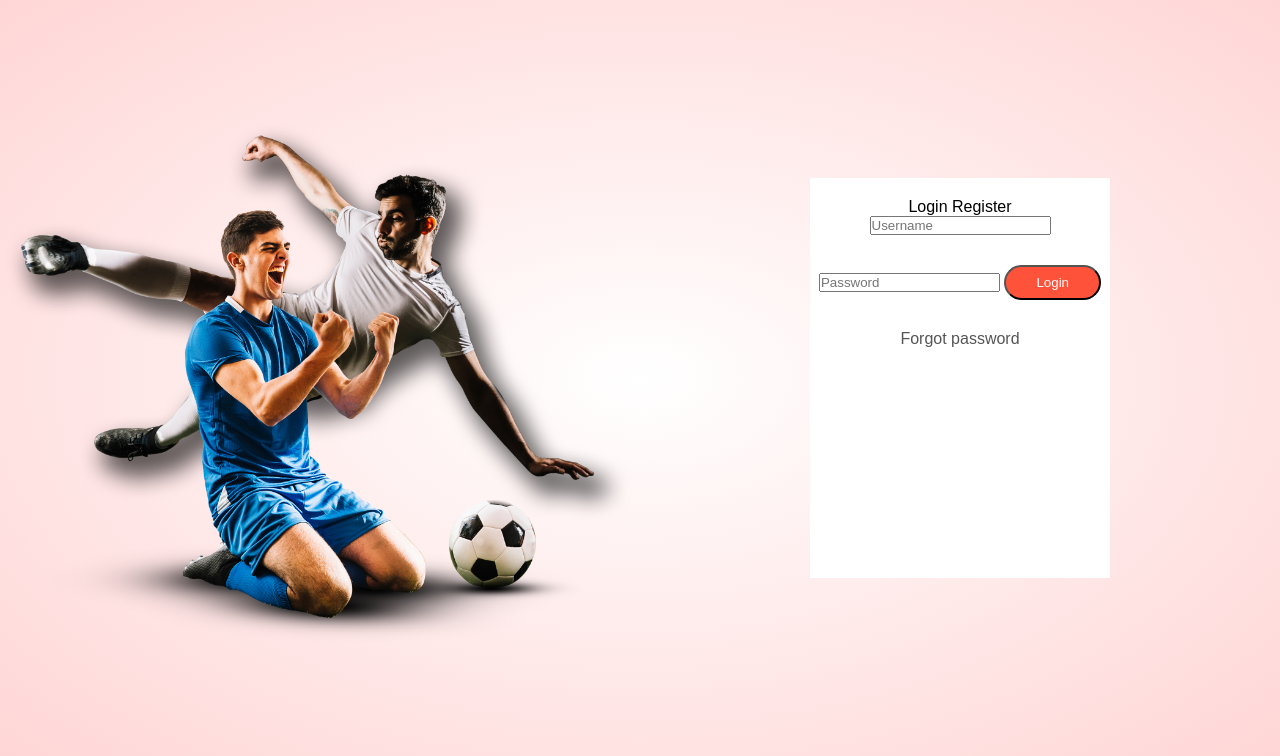
Repository: ritikalohia/tepid-frontend
Page: account.html
An editor plug-in stored every save of this project. The page is shown before and after the next save, followed by the edit.
The browser window is 1280 px wide. The pictures show the whole page.

Above is the page before, as saved 2021-06-09 12:24:47.

After the next save:
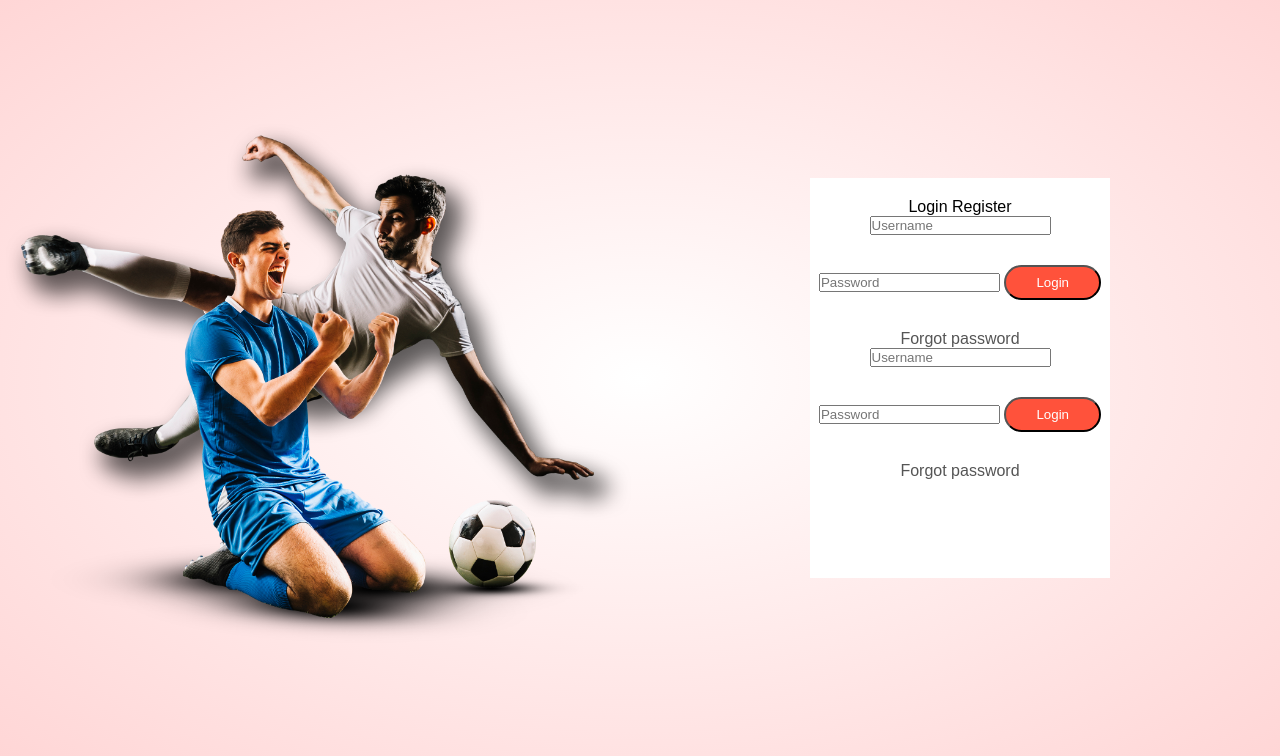
Saved 10 s later.
--- a/account.html
+++ b/account.html
@@ -26,6 +26,13 @@
                         <button type="submit" class="btn">Login</button>
                         <a href=""> Forgot password</a>
                     </form>
+
+                    <form>
+                        <input type="text" placeholder="Username">
+                        <input type="password" placeholder="Password">
+                        <button type="submit" class="btn">Login</button>
+                        <a href=""> Forgot password</a>
+                    </form>
                 </div>
             </div>
 
